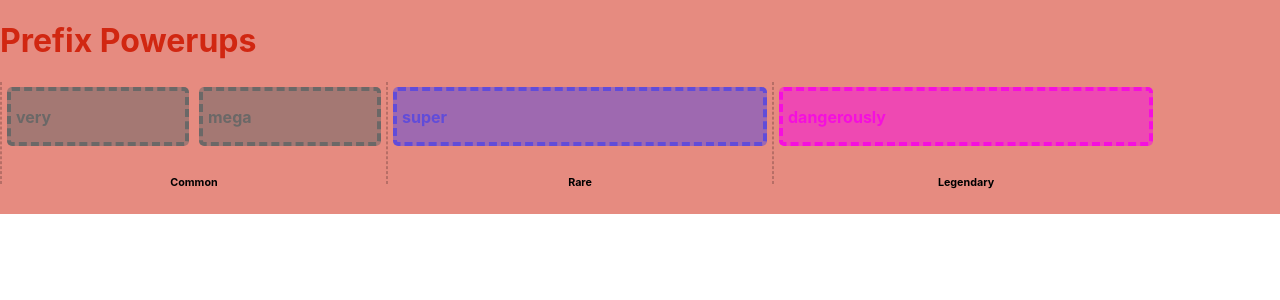
Repository: bsalgado98/buns-inator
Page: /
An editor plug-in stored every save of this project. The page is shown before and after the next save, followed by the edit.
The browser window is 1280 px wide. The pictures show the whole page.
The project was rebuilt for these pictures with package versions that can differ from the ones it lists, and the page was loaded fresh each time.

Above is the page before, as saved 2022-04-25 22:41:57.

### src/index.css
body {
    margin: 0;
    padding: 0;
    font-family: -apple-system, BlinkMacSystemFont, 'Segoe UI', 'Roboto', 'Oxygen',
        'Ubuntu', 'Cantarell', 'Fira Sans', 'Droid Sans', 'Helvetica Neue',
        sans-serif;
    -webkit-font-smoothing: antialiased;
    -moz-osx-font-smoothing: grayscale;
}

code {
    font-family: source-code-pro, Menlo, Monaco, Consolas, 'Courier New', monospace;
}

### src/App.js
import './App.css';
import WordBank from './components/WordBank/WordBank'

function App() {
    const wordList = {
        prefixPowerups: [
            {
                sectionTitle: "Common",
                words: ['very', 'mega'],
                color: "#6b6867"
            },
            {
                sectionTitle: "Rare",
                words: ['super'],
                color: "#614cd9"
            },
            {
                sectionTitle: "Legendary",
                words: ['dangerously'],
                color: "#f50fde"
            }
        ]
    }

    return (
        <div className="App">
            <WordBank bankTitle='Prefix Powerups' color="#d12711" wordCollection={wordList.prefixPowerups}/>
        </div>
    );
}

export default App;

### src/components/WordBank/WordBank.js
import createWordSection from "../../utility/wordSection"

const WordBank = ({ bankTitle = "N/A", color = "#000000", wordCollection = [] }) => {
    const styles = {
        container: {
            style: {
                backgroundColor: `${color}88`,
                display: 'flex',
                flexDirection: 'column'
            }
        },
        title: {
            style: {
                color: color
            },
            container: {
                style: {
                    display: 'flex',
                    width: '100%'
                }
            }
        },
        collectionArea: {
            style: {
                display: 'flex'
            },
            section: {
                style: {
                    display: 'flex',
                    flexDirection: 'column',
                    width: '30%'
                },
                wordArea: {
                    style: {
                        display: 'flex'
                    }
                }
            }
        },
        divider: {
            style: {
                height: '100px',
                width: '0px',
                border: '1px dashed black',
                opacity: '0.2'
            }
        }
    }
    return (
        <div style={styles.container.style}>
            <div style={styles.title.container.style}>
                <h1 style={styles.title.style}>{bankTitle}</h1>
            </div>
            <div style={styles.collectionArea.style}>
                {wordCollection.map((section, i) => {
                    return (
                        <>
                            <span style={styles.divider.style}></span>
                            <div key={`section-${i}`} style={styles.collectionArea.section.style}>
                                <div style={styles.collectionArea.section.wordArea.style}>
                                    {createWordSection(section.words, section.color)}
                                </div>
                                <h6>{section.sectionTitle}</h6>
                            </div>
                        </>
                    )
                })}
            </div>
        </div>
    )
}

export default WordBank

### src/utility/wordSection.js
import WordCard from "../components/WordCard/WordCard";

function createWordSection(words, wordColor) {
    return words.map((word, i) => <WordCard key={`word-${i}`} text={word} color={wordColor} />)
}

export default createWordSection

### src/components/WordCard/WordCard.js
const WordCard = ({ text = "N/A", color = "#000000" }) => {
    const styles = {
        container: {
            style: {
                background: `${color}88`,
                display: 'flex',
                border: `4px dashed ${color}`,
                margin: '5px',
                padding: '5px',
                borderRadius: '5px',
                width: '100%'
            }
        },
        text: {
            style: {
                color: color,
                fontSize: '16px'
            }
        }
    }
    return (
        <div style={styles.container.style}>
            <h1 style={styles.text.style}>{text}</h1>
        </div>
    )
}

export default WordCard

Loaded but not shown: public/index.html (common file); src/index.js (common file); src/reportWebVitals.js (common file); src/App.css (common file)

After the next save:
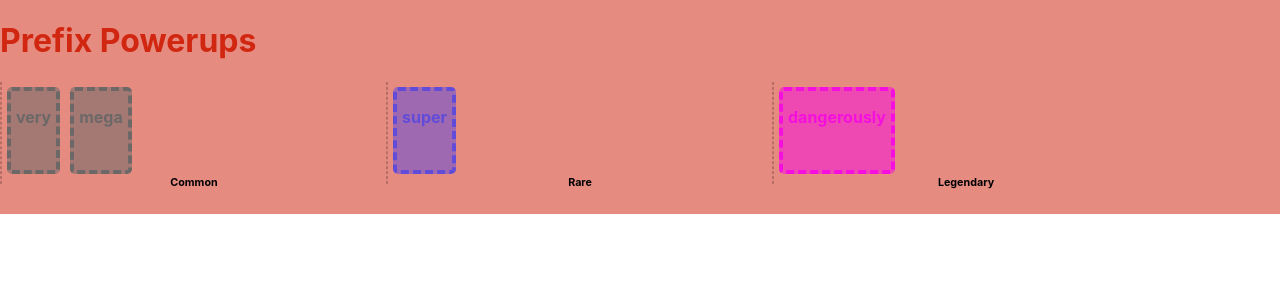
Saved 6 s later.
--- a/src/components/WordCard/WordCard.js
+++ b/src/components/WordCard/WordCard.js
@@ -8,7 +8,7 @@ const WordCard = ({ text = "N/A", color = "#000000" }) => {
                 margin: '5px',
                 padding: '5px',
                 borderRadius: '5px',
-                width: '100%'
+                height: '100%'
             }
         },
         text: {
